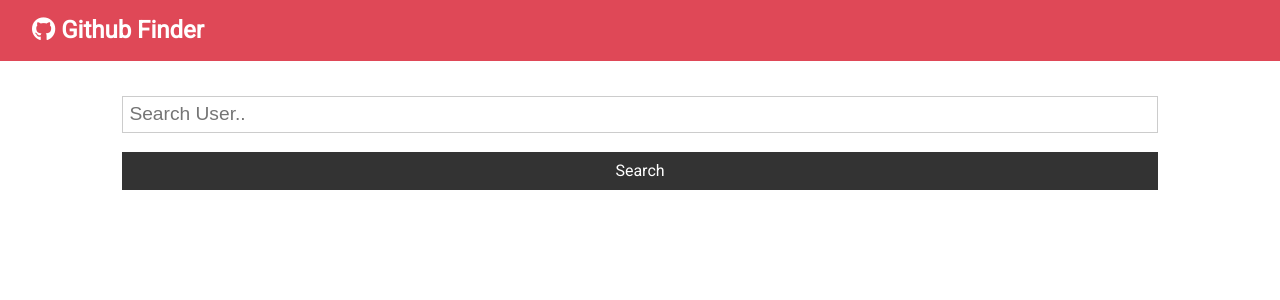
Repository: akash-saha-1/github-finder
Page: /
An editor plug-in stored every save of this project. The page is shown before and after the next save, followed by the edit.
The browser window is 1280 px wide. The pictures show the whole page.
Some web libraries are served in a nearby version. The project was rebuilt for these pictures with package versions that can differ from the ones it lists, and the page was loaded fresh each time. Also part of the build but not shown: src/components/users/UserItem.js, src/components/layout/Spinner.js, src/components/layout/Alert.js.

Above is the page before, as saved 2021-03-06 00:52:21.

After the next save:
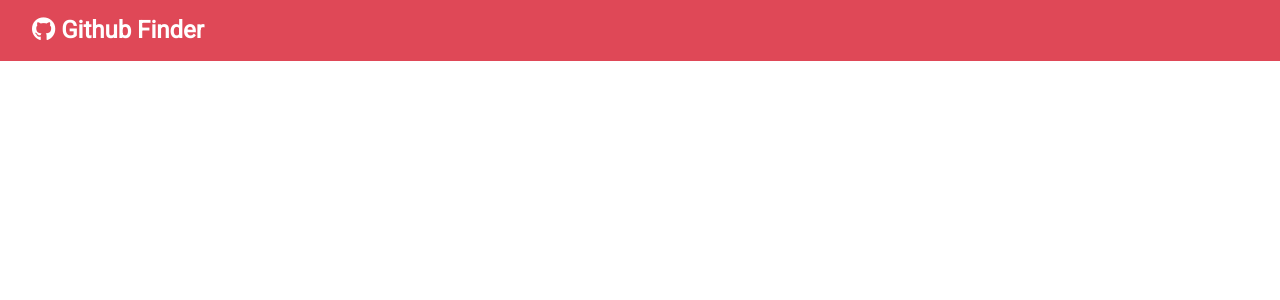
Saved 3 min 1 s later.
--- a/src/App.js
+++ b/src/App.js
@@ -1,4 +1,4 @@
-import React, { Component } from "react";
+import React, { Component, Fragment } from "react";
 import { BrowserRouter as Router, Switch, Route } from "react-router-dom";
 import "./App.css";
 import Navbar from "./components/layout/Navbar";
@@ -45,13 +45,21 @@
           <Navbar tite="Navbar Finder" />
           <div className="container">
             <Alert alert={this.state.alert} />
-            <Search
-              searchUsers={this.searchUsers}
-              clearUsers={this.clearUsers}
-              showClear={users.length > 0 ? true : false}
-              setAlert={this.setAlert}
-            />
-            <Users loading={loading} users={users} />
+            <Switch
+              path="/"
+              exact
+              render={(props) => {
+                <Fragment>
+                  <Search
+                    searchUsers={this.searchUsers}
+                    clearUsers={this.clearUsers}
+                    showClear={users.length > 0 ? true : false}
+                    setAlert={this.setAlert}
+                  />
+                  <Users loading={loading} users={users} />
+                </Fragment>;
+              }}
+            ></Switch>
           </div>
         </div>
       </Router>

After the 2 saves that followed:
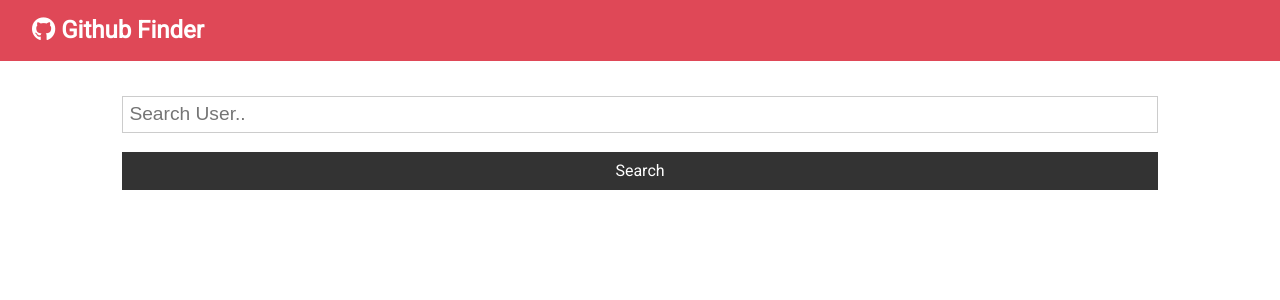
The 2 saves are shown as one change because 1 left the picture as it was.
The last was saved 2 min 46 s later.
--- a/src/App.js
+++ b/src/App.js
@@ -45,21 +45,23 @@
           <Navbar tite="Navbar Finder" />
           <div className="container">
             <Alert alert={this.state.alert} />
-            <Switch
-              path="/"
-              exact
-              render={(props) => {
-                <Fragment>
-                  <Search
-                    searchUsers={this.searchUsers}
-                    clearUsers={this.clearUsers}
-                    showClear={users.length > 0 ? true : false}
-                    setAlert={this.setAlert}
-                  />
-                  <Users loading={loading} users={users} />
-                </Fragment>;
-              }}
-            ></Switch>
+            <Switch>
+              <Route
+                path="/"
+                exact
+                render={(props) => (
+                  <Fragment>
+                    <Search
+                      searchUsers={this.searchUsers}
+                      clearUsers={this.clearUsers}
+                      showClear={users.length > 0 ? true : false}
+                      setAlert={this.setAlert}
+                    />
+                    <Users loading={loading} users={users} />
+                  </Fragment>
+                )}
+              />
+            </Switch>
           </div>
         </div>
       </Router>
